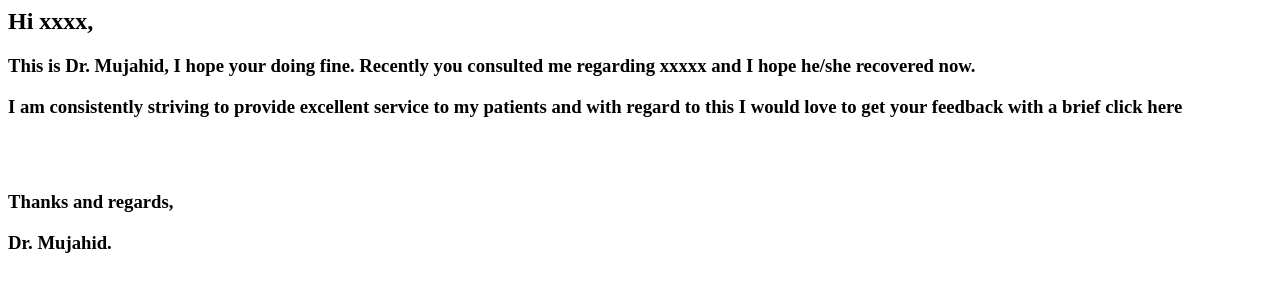
Repository: fazilkarni/mybaby
Page: mybaby/src/com/mybaby/communication/email/email.html
The author's editor kept a copy of each file at every save. The page is drawn from the files as they stood at one save, then again after the next save.
The browser window is 1280 px wide. The pictures show the whole page.

Above is the page before, as saved 2016-06-06 17:49:38.

After the next save:
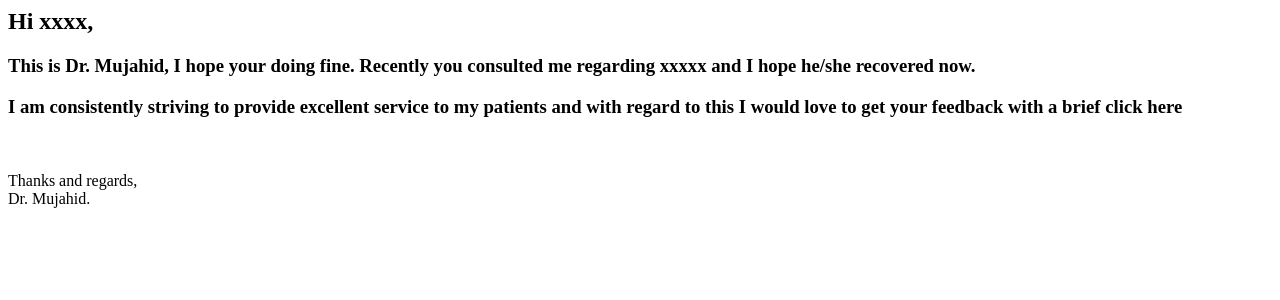
Saved 56 s later.
--- a/mybaby/src/com/mybaby/communication/email/email.html
+++ b/mybaby/src/com/mybaby/communication/email/email.html
@@ -7,7 +7,7 @@
 <br>
 <br>
 
-<h3>Thanks and regards,</h3>
-<h3>Dr. Mujahid.</h3>
+<div>Thanks and regards,</div>
+<div>Dr. Mujahid.</div>
 </body>
 </html>
